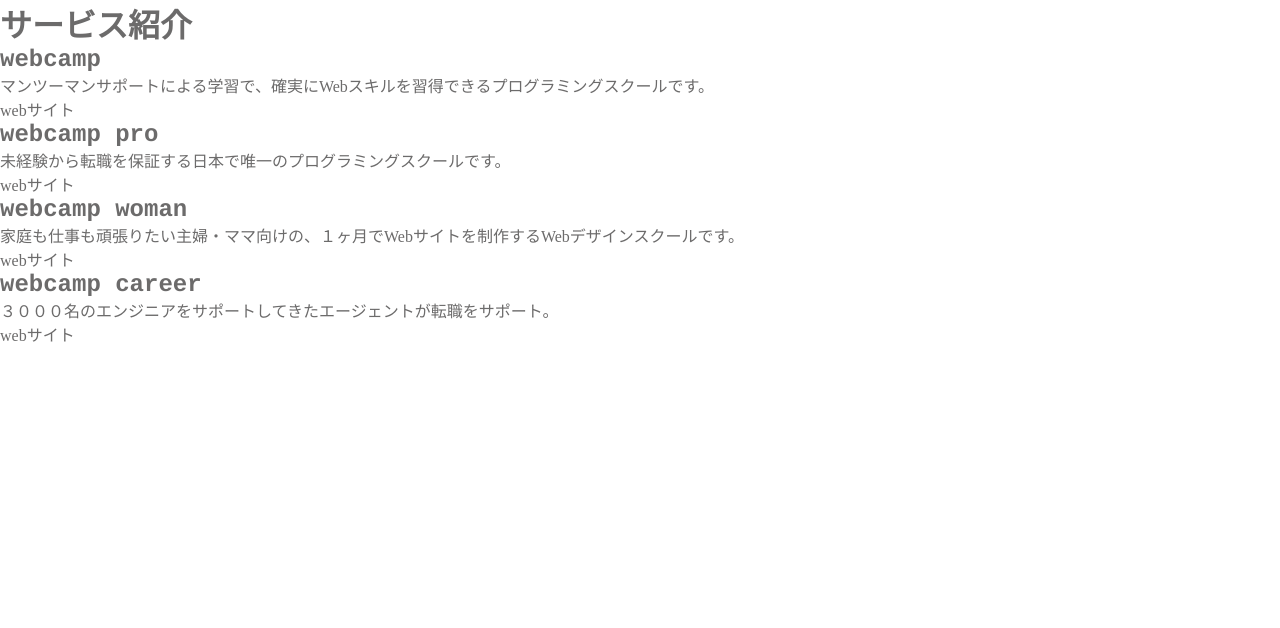
Repository: NANAKUNITA/chapter10
Page: htmlcss/nana.html
The author's editor kept a record of every edit. The page is drawn from the files as they stood at one moment, then again after the next edit.
The browser window is 1280 px wide. The pictures show the whole page.

Above is the page before.

After the next edit:
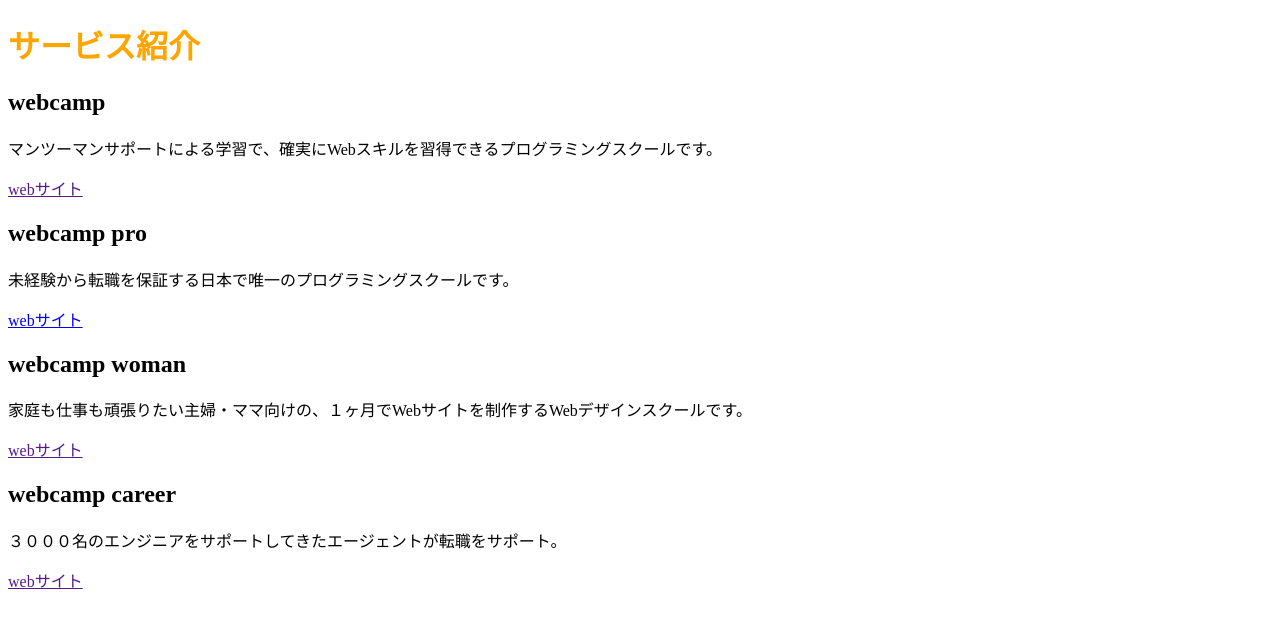
The edit:
--- a/htmlcss/nana.html
+++ b/htmlcss/nana.html
@@ -1,10 +1,9 @@
 <!DOCTYPE html>
 <html lang="ja">
   <head>
-    <meta charset="UTF-8"/>
-    <title></title>
-
-    <link rel="stylesheet" href="style.css">
+    <meta charset="UTF-8">
+    <title>２章演習</title>
+    <link rel="stylesheet" href="nana.css">
   </head>
 
   <body>
